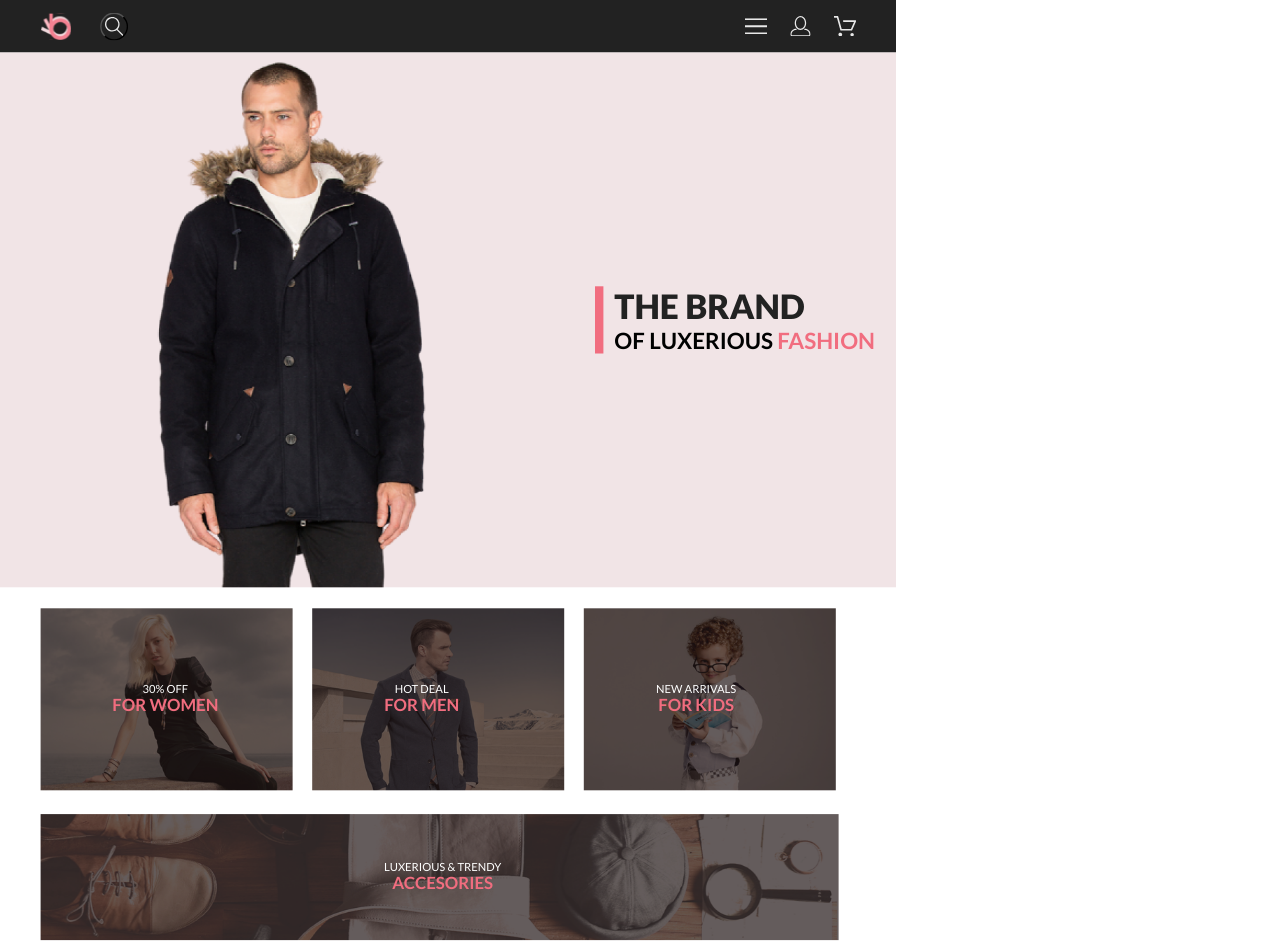
Repository: shtepaa/work-show-linkid
Page: les01/index.html
The author's editor kept a copy of each file at every save. The page is drawn from the files as they stood at one save, then again after the next save.
The browser window is 1280 px wide. The page is 1280 px wide, then 1829 px, then 1280 px, so the pictures cover 1829 px, including what lies to the right of the window. The pictures show the part of the page from y = 0 to 1360 px (the page is 3886 px tall), at 70% of full size.

Above is the page before, as saved 2022-02-15 12:17:42.

### les01/index.html
<!DOCTYPE html>
<html lang="en">
  <head>
    <meta charset="UTF-8" />
    <meta http-equiv="X-UA-Compatible" content="IE=edge" />
    <meta name="viewport" content="width=device-width, initial-scale=1.0" />
    <title>Brand</title>
    <link rel="shortcut icon" href="img/favicon.ico" type="image/x-icon" />
    <link rel="stylesheet" href="style.css" />
    <link rel="preconnect" href="https://fonts.googleapis.com" />
    <link rel="preconnect" href="https://fonts.gstatic.com" crossorigin />
    <link
      href="https://fonts.googleapis.com/css2?family=Lato:wght@700;400;900&display=swap"
      rel="stylesheet"
    />
  </head>
  <body>


        <header>
          <div class="container">
            <nav>
              <div class="flex-left">
                <img src="img/logo.svg" alt="logo" />
                <form class="searchBox">
                  <input
                    class="searchInput"
                    type="text"
                    name=""
                    placeholder="Search"
                  />
                  <button class="searchButton" href="#">
                    <img id="path" src="img/search.svg" alt="logo" />
                  </button>
                </form>
              </div>
              <div class="flex-right">
                <div class="mega-box"><img class="contact-img" src="img/menu.svg" alt="logo" />
                <div class="mega-item">

<div class="menu-box"><h3 class="menu-box--style">Menu</h3></div>
<details><summary>Man</summary>
<a class="mega-link" href="#">Accessories</a>
<a class="mega-link" href="#">Bags</a>
<a class="mega-link" href="#">Denim</a>
<a class="mega-link" href="#">T-Shirts</a>
</details>
<details><summary>WOMAN</summary>
  <a class="mega-link" href="#">Accessories</a>
  <a class="mega-link" href="#">Jackets & Coats</a>
  <a class="mega-link" href="#">Polos</a>
  <a class="mega-link" href="#">T-Shirts</a>
  </details>
  <details><summary>KIDS</summary>
    <a class="mega-link" href="#">Accessories</a>
    <a class="mega-link" href="#">Bags</a>
    <a class="mega-link" href="#">Denim</a>
    <a class="mega-link" href="#">T-Shirts</a>
    </details>



                </div>


                </div>
                <img class="contact-img" src="img/contact.svg" alt="logo" />
                <img src="img/shop.svg" alt="logo" />
              </div>
            </nav>
          </div>
        </header>
        <!-- Второй блок -->
        <div class="header-section">

          <!-- <div class="container"> -->

            <div class="header-cover">
              <div class="header-image">
              <img class="header-man"  src="img/man-new.png" alt="man" />
            </div>
            <div class="header-title">
              <div class="pink-line">
              <div class="header-column">
                <h1>The brand</h1>
                <h2>of luxerious <span class="pink-word"> fashion</span></h2>
              </div>
            </div>
            </div>
          </div>
          <!-- </div> -->


          </div>
        </div>
<!-- Третий блок -->
        <div class="container catalog-wrappet">
          <div class="catalog-block">
            <div class="catalog-project">
              <img
                class="catalog-image"
                src="img/catalog01.png"
                alt="catalog01"
              />
              <h2 class="catalog__text">
                30% off <span class="pink-word catalog-words"> for women</span>
              </h2>
            </div>
            <div class="catalog-project">
              <img
                class="catalog-image"
                src="img/catalog02.png"
                alt="catalog02"
              />
              <h2 class="catalog__text">
                hot deal <span class="pink-word catalog-words"> for men</span>
              </h2>
            </div>
            <div class="catalog-project">
              <img
                class="catalog-image"
                src="img/catalog03.png"
                alt="catalog03"
              />
              <h2 class="catalog__text">
                new arrivals
                <span class="pink-word catalog-words"> for kids</span>
              </h2>
            </div>
          </div>
          <div class="catalog-project parent">
            <img
              class="catalog-image"
              src="img/catalog04.png"
              alt="catalog04"
            />
            <h2 class="catalog__text down-parent">
              luxerious & trendy<span class="pink-word catalog-words">
                accesories</span
              >
            </h2>
          </div>
        </div>
        <!-- Четвертый блок -->
        <div class="container block-text">
          <h3 class="block-text--heading">Fetured Items</h3>
          <p class="block-text--section-text">
            Shop for items based on what we featured in this week
          </p>
        </div>
        <div class="container section-featured">
          <div class="featur_one">
            <a class="link-featur" href="#">
            <img class="featur-image"  src="img/feat01.png" alt="featur_one" /></a>
            <div class="featur-wrapper">
            <h3 class="featur-text">ELLERY X M'O CAPSULE</h3>
            <p class="featur-content">Known for her sculptural takes on traditional tailoring, Australian arbiter of cool Kym Ellery teams up with Moda Operandi.</p>
<span class="featur-price">$52.00</span></div>
          </div>
          <div class="featur_one">
            <a class="link-featur" href="#">
            <img src="img/feat02.png" alt="featur_one" /></a>
            <div class="featur-wrapper">
            <h3 class="featur-text">ELLERY X M'O CAPSULE</h3>
            <p class="featur-content">Known for her sculptural takes on traditional tailoring, Australian arbiter of cool Kym Ellery teams up with Moda Operandi.</p>
<span class="featur-price">$52.00</span></div>
          </div>
          <div class="featur_one">
            <a class="link-featur" href="#">
            <img src="img/feat03.png" alt="featur_one" /></a>
            <div class="featur-wrapper">
            <h3 class="featur-text">ELLERY X M'O CAPSULE</h3>
            <p class="featur-content">Known for her sculptural takes on traditional tailoring, Australian arbiter of cool Kym Ellery teams up with Moda Operandi.</p>
<span class="featur-price">$52.00</span></div>
          </div>
          <div class="featur_one">
            <a class="link-featur" href="#">
            <img src="img/feat04.png" alt="featur_one" /></a>
            <div class="featur-wrapper">
            <h3 class="featur-text">ELLERY X M'O CAPSULE</h3>
            <p class="featur-content">Known for her sculptural takes on traditional tailoring, Australian arbiter of cool Kym Ellery teams up with Moda Operandi.</p>
<span class="featur-price">$52.00</span></div>
          </div>
          <div class="featur_one">
            <a class="link-featur" href="#">
            <img src="img/feat05.png" alt="featur_one" /></a>
            <div class="featur-wrapper">
            <h3 class="featur-text">ELLERY X M'O CAPSULE</h3>
            <p class="featur-content">Known for her sculptural takes on traditional tailoring, Australian arbiter of cool Kym Ellery teams up with Moda Operandi.</p>
<span class="featur-price">$52.00</span></div>
          </div>
          <div class="featur_one">
            <a class="link-featur" href="#">
            <img src="img/feat06.png" alt="featur_one" /></a>
            <div class="featur-wrapper">
            <h3 class="featur-text">ELLERY X M'O CAPSULE</h3>
            <p class="featur-content">Known for her sculptural takes on traditional tailoring, Australian arbiter of cool Kym Ellery teams up with Moda Operandi.</p>
<span class="featur-price">$52.00</span></div>
          </div>

        </div>
        <div class="container browse-button">
          <a class="link-browse" href="#"> <h3 class="browse-button product-cart">Browse All Product</h3></a>

        </div>
<div class="section-icons">
  <div class="container wrapper-icons">
  <div class="first-icons">
    <img class="car-icons" src="img/car.svg" alt="car" />
    <h3 class="car-icons--text">Free Delivery</h3>
    <p class="car-icons--context">Worldwide delivery on all. Authorit tively morph next-generation innov tion with extensive models.</p>
  </div>
  <div class="first-icons">
    <img class="car-icons" src="img/discount.svg" alt="discount" />
    <h3 class="car-icons--text">Sales & discounts</h3>
    <p class="car-icons--context">Worldwide delivery on all. Authorit tively morph next-generation innov tion with extensive models.</p>
  </div>
  <div class="first-icons">
    <img class="car-icons" src="img/corona.svg" alt="corona" />
    <h3 class="car-icons--text">Quality assurance</h3>
    <p class="car-icons--context">Worldwide delivery on all. Authorit tively morph next-generation innov tion with extensive models.</p>
  </div>
</div>

</div>

<div class="quotes-section">
  <div class="container wrap-quotes">
  <div class="figure-box">
  <figure>
    <img class="figure-image" src="img/author.png" alt="author" />
    <figcaption>“Vestibulum quis porttitor dui! Quisque viverra nunc mi, a pulvinar purus condimentum“</figcaption>
  </figure></div>
  <div class="figure-box enter-mail">

    <h1 class="subscribe">SUBSCRIBE</h1>
    <h2 class="promotion">FOR OUR NEWLETTER AND PROMOTION</h2>
    <div class="subscribe-wrapper">

      <input type="email" name="email" class="subscribe-input" placeholder="Enter Your Email">
      <div class="submit-btn">SUBMIT</div>
    </div>


  </div>

</div>


      </div>
      <footer>
<div class="container footer-contant">
  <div class="copy-righ">
    <span class="copy-text">© 2021  Brand  All Rights Reserved.</span>
  </div>
  <div class="networks">
    <div class="insta instag-fig">

    </div>
    <div class="insta pint-fig"></div>
    <div class="insta last-fig"></div>
    <div class="insta "></div>
  </div>



</div>

      </footer>

  </body>
</html>

Loaded but not shown: les01/img/car.svg (3 lines, source omitted); les01/img/search.svg (3 lines, source omitted); les01/style.css (563 lines, source omitted)

After the next save:
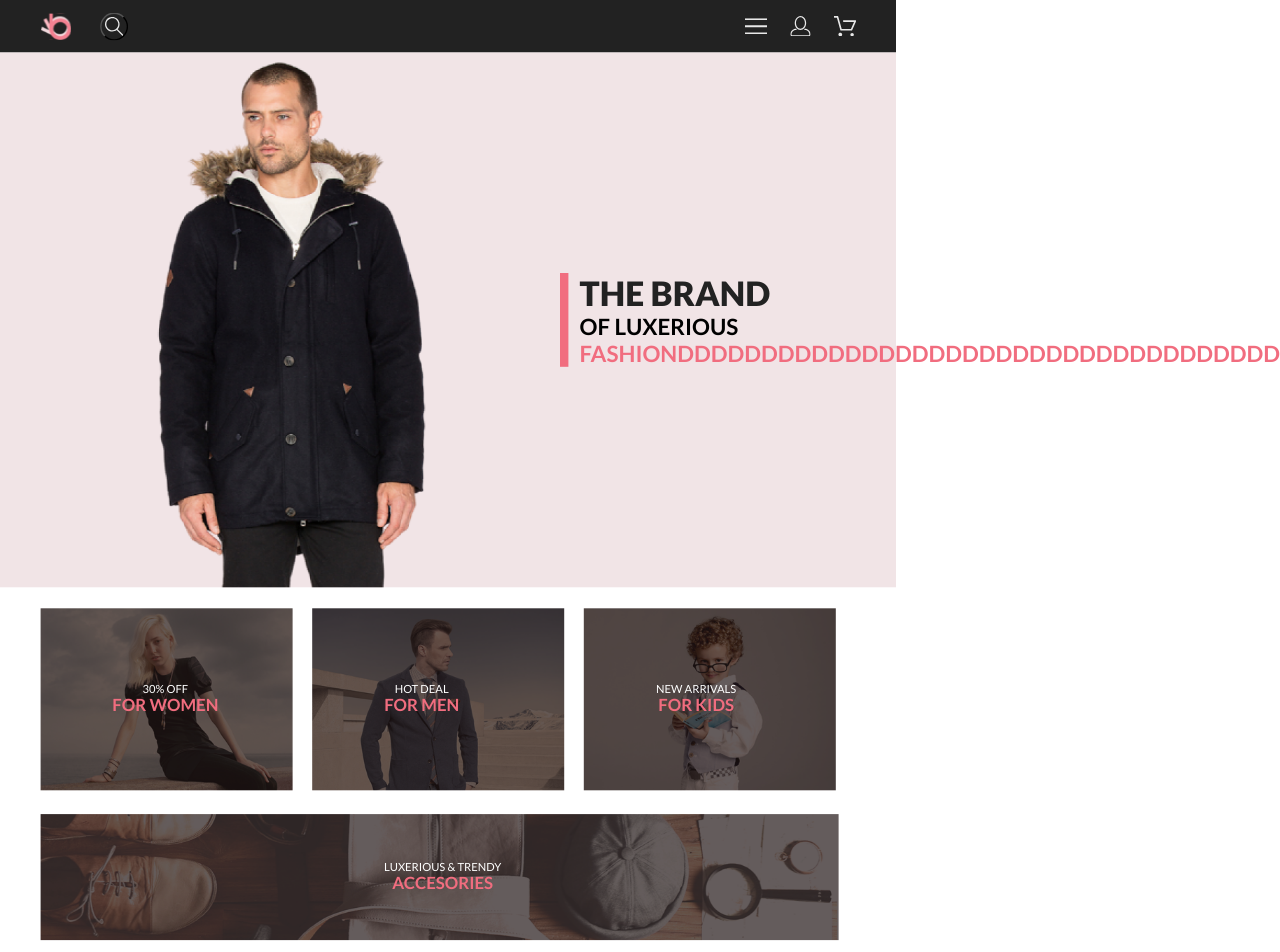
Saved 41 s later.
--- a/les01/index.html
+++ b/les01/index.html
@@ -83,7 +83,7 @@
               <div class="pink-line">
               <div class="header-column">
                 <h1>The brand</h1>
-                <h2>of luxerious <span class="pink-word"> fashion</span></h2>
+                <h2>of luxerious <span class="pink-word"> fashiondddddddddddddddddddddddddddddddddddd</span></h2>
               </div>
             </div>
             </div>

After the save that followed:
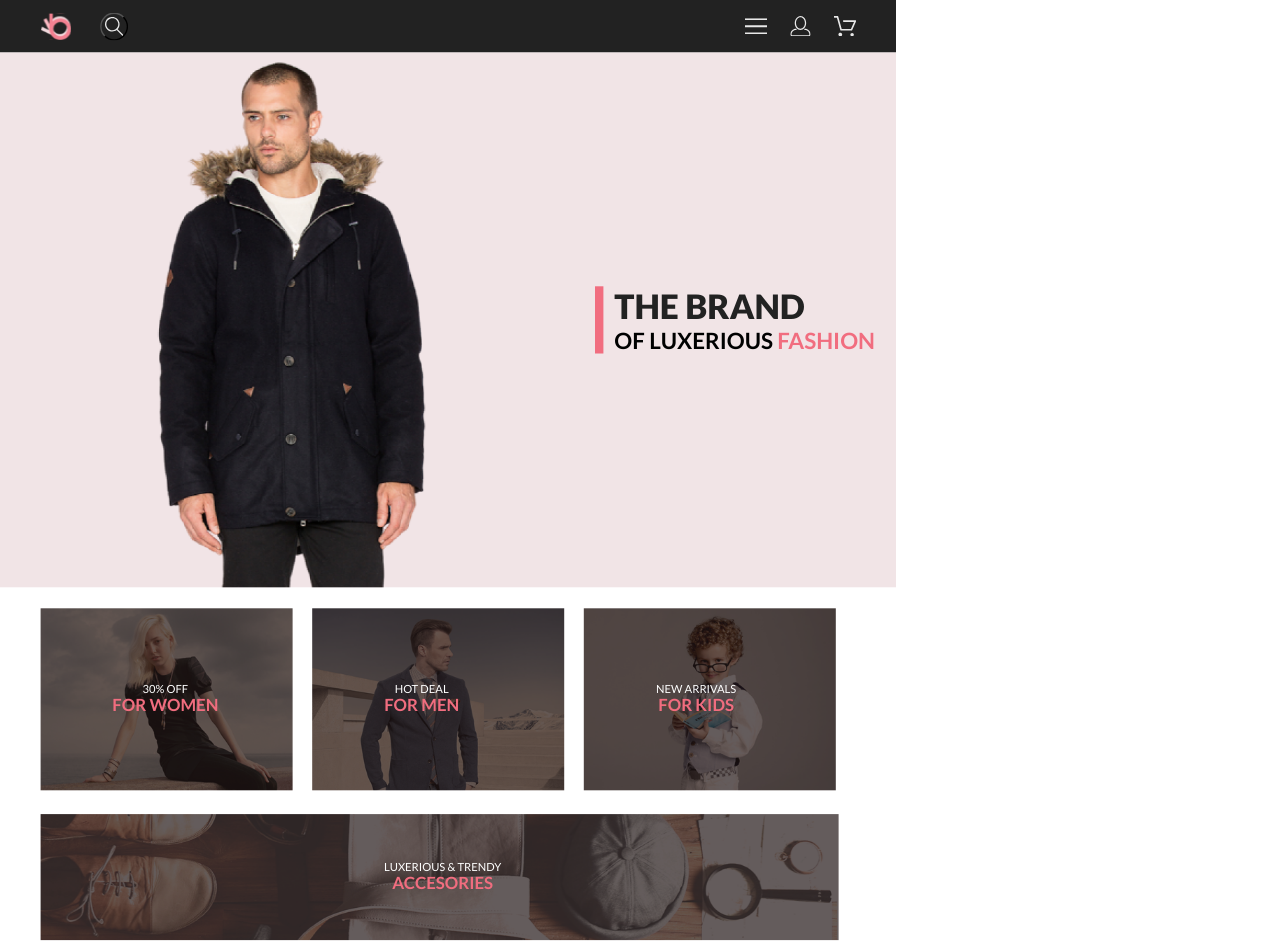
Saved 17 s later.
--- a/les01/index.html
+++ b/les01/index.html
@@ -83,7 +83,7 @@
               <div class="pink-line">
               <div class="header-column">
                 <h1>The brand</h1>
-                <h2>of luxerious <span class="pink-word"> fashiondddddddddddddddddddddddddddddddddddd</span></h2>
+                <h2>of luxerious <span class="pink-word"> fashion</span></h2>
               </div>
             </div>
             </div>
